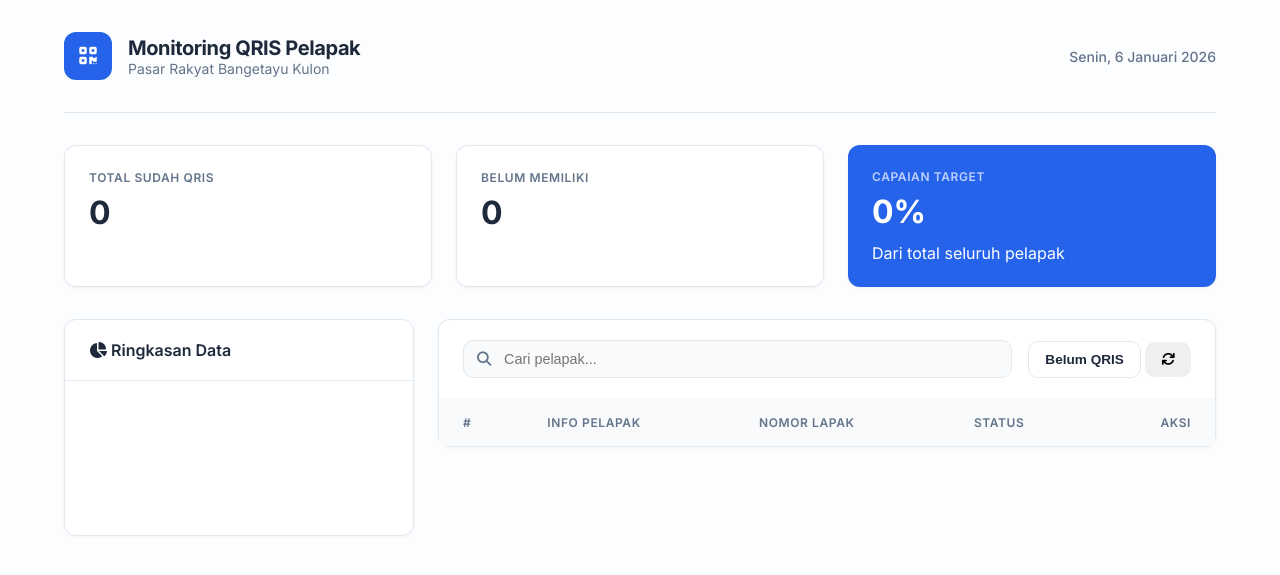
Repository: pasarrakyatbak/monitoringqrispelapak
Page: qris.html
These files come from the project's save history. The page is drawn as it stood at one moment and after the next save; the edit follows.
The browser window is 1280 px wide. The pictures show the whole page.
The page's requests for data from a server got no answer.

Above is the page before, as saved 2026-01-06 19:22:51.

After the next save:
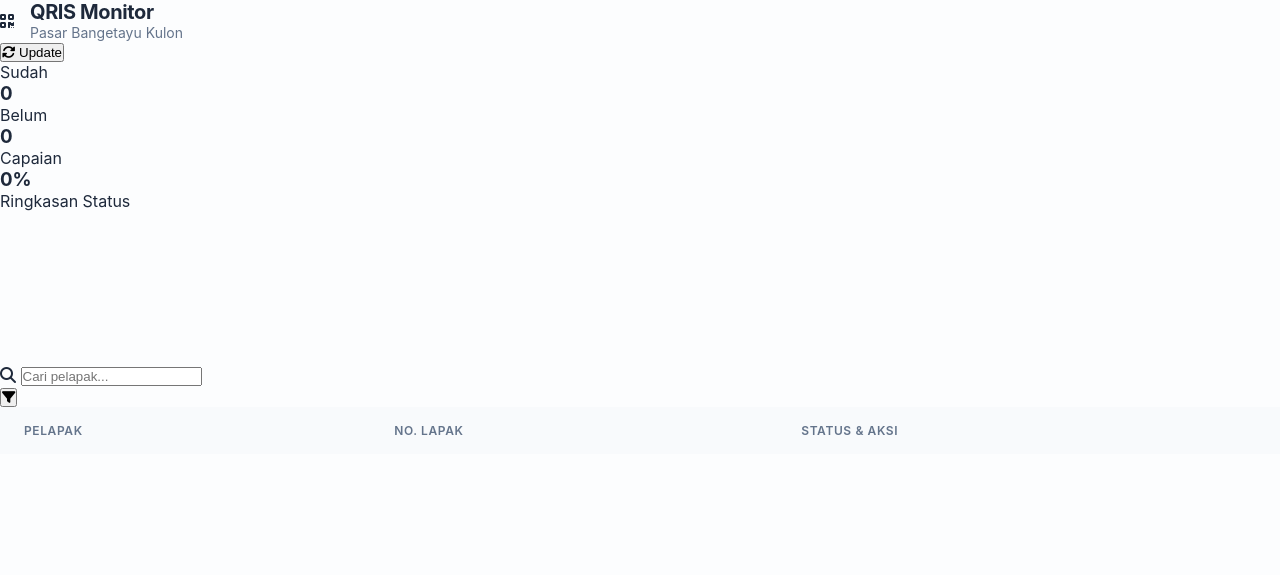
Saved 104 s later.
--- a/qris.html
+++ b/qris.html
@@ -3,9 +3,10 @@
 
 <head>
     <meta charset="UTF-8">
-    <meta name="viewport" content="width=device-width, initial-scale=1">
-    <title>Monitoring QRIS | Dashboard</title>
-    <link href="https://fonts.googleapis.com/css2?family=Inter:wght@400;500;600;700&display=swap" rel="stylesheet">
+    <meta name="viewport" content="width=device-width, initial-scale=1.0, maximum-scale=1.0, user-scalable=no">
+    <title>Monitoring QRIS | Pasar Rakyat</title>
+    <link href="https://fonts.googleapis.com/css2?family=Plus+Jakarta+Sans:wght@400;500;600;700&display=swap"
+        rel="stylesheet">
     <link rel="stylesheet" href="https://cdnjs.cloudflare.com/ajax/libs/font-awesome/6.4.0/css/all.min.css">
     <link rel="stylesheet" href="qris.css">
     <script src="https://cdn.jsdelivr.net/npm/chart.js"></script>
@@ -13,74 +14,62 @@
 
 <body>
 
-    <div class="app-container">
-        <header class="header">
-            <div class="header-inner">
-                <div class="brand">
-                    <div class="icon-box"><i class="fas fa-qrcode"></i></div>
-                    <div>
-                        <h1>Monitoring QRIS Pelapak</h1>
-                        <p>Pasar Rakyat Bangetayu Kulon</p>
-                    </div>
+    <div class="app-shell">
+        <header class="top-nav">
+            <div class="brand">
+                <i class="fas fa-qrcode"></i>
+                <div>
+                    <h1>QRIS Monitor</h1>
+                    <p>Pasar Bangetayu Kulon</p>
                 </div>
-                <div class="current-date" id="dateToday">Senin, 6 Januari 2026</div>
             </div>
+            <button class="refresh-pill" onclick="init()">
+                <i class="fas fa-sync-alt"></i> <span>Update</span>
+            </button>
         </header>
 
-        <main class="content">
-            <div class="stats-row">
-                <div class="stat-card">
-                    <span class="label">Total Sudah QRIS</span>
-                    <h2 id="jmlSudah">0</h2>
-                    <div class="progress-bar">
-                        <div id="barSudah" style="width: 0%"></div>
-                    </div>
+        <main class="main-content">
+            <div class="stat-grid">
+                <div class="s-card blue">
+                    <p>Sudah</p>
+                    <h3 id="jmlSudah">0</h3>
                 </div>
-                <div class="stat-card">
-                    <span class="label">Belum Memiliki</span>
-                    <h2 id="jmlBelum">0</h2>
-                    <div class="progress-bar warning">
-                        <div id="barBelum" style="width: 0%"></div>
-                    </div>
+                <div class="s-card rose">
+                    <p>Belum</p>
+                    <h3 id="jmlBelum">0</h3>
                 </div>
-                <div class="stat-card highlight">
-                    <span class="label">Capaian Target</span>
-                    <h2 id="persenQRIS">0%</h2>
-                    <p class="sub-label">Dari total seluruh pelapak</p>
+                <div class="s-card emerald">
+                    <p>Capaian</p>
+                    <h3 id="persenQRIS">0%</h3>
                 </div>
             </div>
 
-            <div class="dashboard-grid">
-                <section class="card chart-section">
-                    <div class="card-header">
-                        <h3><i class="fas fa-chart-pie"></i> Ringkasan Data</h3>
-                    </div>
-                    <div class="chart-box">
+            <div class="dashboard-layout">
+                <section class="panel chart-panel">
+                    <div class="panel-header">Ringkasan Status</div>
+                    <div class="chart-container">
                         <canvas id="chartQRIS"></canvas>
                     </div>
                 </section>
 
-                <section class="card table-section">
-                    <div class="table-toolbar">
-                        <div class="search-wrapper">
+                <section class="panel list-panel">
+                    <div class="search-bar">
+                        <div class="input-group">
                             <i class="fas fa-search"></i>
                             <input type="text" id="searchLapak" placeholder="Cari pelapak..." onkeyup="filterLapak()">
                         </div>
-                        <div class="action-buttons">
-                            <button class="btn btn-outline" onclick="filterBelumQRIS()">Belum QRIS</button>
-                            <button class="btn btn-ghost" onclick="resetFilter()"><i class="fas fa-sync"></i></button>
-                        </div>
+                        <button class="filter-toggle" onclick="filterBelumQRIS()">
+                            <i class="fas fa-filter"></i>
+                        </button>
                     </div>
 
-                    <div class="table-container">
-                        <table>
+                    <div class="data-wrapper">
+                        <table id="tableQRIS">
                             <thead>
                                 <tr>
-                                    <th>#</th>
-                                    <th>Info Pelapak</th>
-                                    <th>Nomor Lapak</th>
-                                    <th>Status</th>
-                                    <th style="text-align: right;">Aksi</th>
+                                    <th>Pelapak</th>
+                                    <th>No. Lapak</th>
+                                    <th>Status & Aksi</th>
                                 </tr>
                             </thead>
                             <tbody id="dataQRIS">
@@ -92,7 +81,7 @@
         </main>
     </div>
 
-    <div id="toast" class="toast">Data berhasil disimpan!</div>
+    <div id="toast" class="toast">Berhasil diperbarui!</div>
 
     <script src="qris.js"></script>
 </body>
